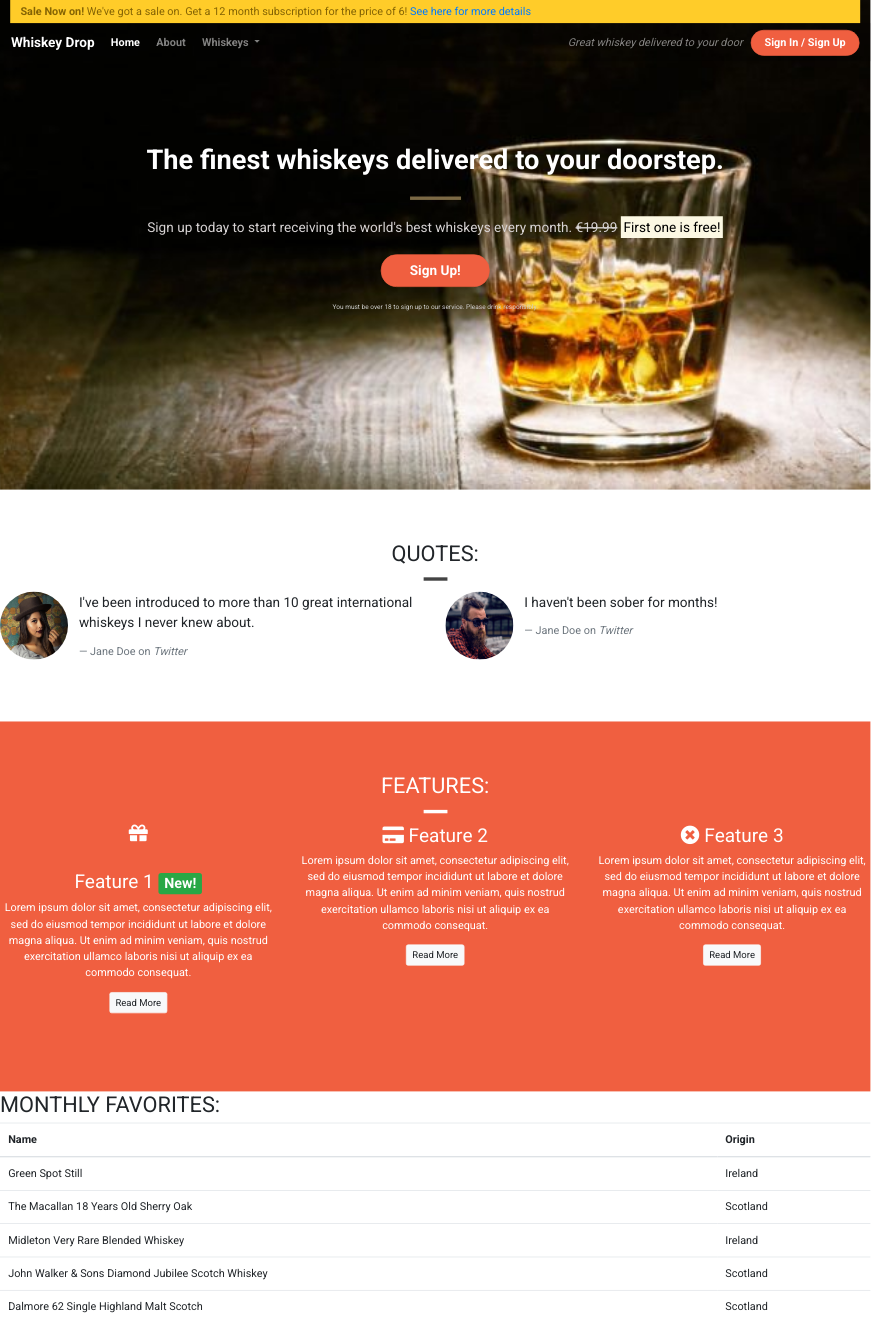
Repository: grisselfaura/BootstrappingYourNextBigIdea-BS4
Page: index.html
The author's editor kept a record of every edit. The page is drawn from the files as they stood at one moment, then again after the next edit.
The browser window is 1280 px wide. The page is 1295 px wide, so the pictures cover 1295 px, including what lies to the right of the window. The pictures show the whole page, at 68% of full size.
Backgrounds fixed to the window are drawn as part of the page. Some web libraries are served in a nearby version.

Above is the page before.

### index.html
<!DOCTYPE html>
<html lang="en-us">

<head>
    <meta charset="utf-8">
    <meta name="viewport" content="width=device-width, initial-scale=1.0">
    <title>Whiskey Drop | Taste a new whiskey every month</title>
    <link rel="stylesheet" href="https://maxcdn.bootstrapcdn.com/bootstrap/4.1.3/css/bootstrap.min.css">
    <link rel="stylesheet" href="https://use.fontawesome.com/releases/v5.6.1/css/all.css" integrity="sha384-gfdkjb5BdAXd+lj+gudLWI+BXq4IuLW5IT+brZEZsLFm++aCMlF1V92rMkPaX4PP" crossorigin="anonymous">
    <link href="https://fonts.googleapis.com/css?family=Roboto:400,700&display=swap" rel="stylesheet">
    <link rel="stylesheet" href="css/style.css" type="text/css" />
</head>

<body>
    <div class="container-fluid navalert-container">
        <div class="container-fluid alert-container">
            <div class="row d-none d-sm-block">
                <div class="col-12">
                    <div class="site-wide-alert alert-warning">
                        <strong>Sale Now on!</strong> We've got a sale on. Get a 12 month subscription for the price of 6! <a href="">See here for more details</a>
                    </div>
                </div>
            </div>
        </div>
        <nav class="navbar navbar-dark navbar-expand-sm">
            <a href="/" class="navbar-brand">Whiskey Drop</a>

            <button class="navbar-toggler ml-auto" type="button" data-toggle="collapse" data-target="#navbarNavDropdown" aria-controls="navbarNavDropdown" aria-expanded="false" aria-label="Toggle navigation">
            <span class="navbar-toggler-icon"></span></button>

            <div class="collapse navbar-collapse" id="navbarNavDropdown">
                <ul class="navbar-nav mr-auto">
                    <li class="active nav-item mr-2"><a class="nav-link" href="/">Home</a></li>
                    <li class="nav-item mr-2"><a class="nav-link" href="">About</a></li>
                    <li class="nav-item dropdown">
                        <a class="nav-link dropdown-toggle" href="#" id="navbarDropdownMenuLink" role="button" data-toggle="dropdown" aria-haspopup="true" aria-expanded="false">
                  Whiskeys
            </a>
                        <div class="dropdown-menu" aria-labelledby="navbarDropdownMenuLink">
                            <a class="dropdown-item" href="#">Irish</a>
                            <a class="dropdown-item" href="#">Scotch</a>
                            <a class="dropdown-item" href="#">Japanese</a>
                            <a class="dropdown-item" href="#">American</a>
                        </div>
                    </li>

                    <li class="nav-item mr-2 d-block d-sm-none"><a class="nav-link" href="">Sign In / Sign Up</a></li>
                </ul>
            </div>
            <div class="d-none d-md-block">
                <p class="navbar-text my-auto mr-2"><i>Great whiskey delivered to your door</i></p>
                <a href="/login" class="btn btn--cta btn--red">Sign In / Sign Up</a>
            </div>
            <!--</div>-->
        </nav>
    </div>
    <!-- Callout -->
    <div class="container-fluid callout-container">
        <div class="opaque-overlay">&nbsp;</div>
        <div class="row">
            <div class="col-12">
                <section class="callout jumbotron text-center">
                    <h1 class="jumbotron-header">The finest whiskeys delivered to your doorstep.</h1>
                    <hr class="block-divider block-divider--orange">

                    <p class="lead">Sign up today to start receiving the world's best whiskeys every month.
                        <s class="d-none d-sm-inline">€19.99</s>
                        <span class="d-inline d-sm-none"><br></span>
                        <strong><mark>First one is free!</mark></strong></p>
                    <p><button class="btn btn-lg btn--cta btn--red" data-toggle="modal" data-target="#signUpModal">Sign Up!</button></p>
                    <p class="text-muted"><small>You must be over 18 to sign up to our service. Please drink responsibly.</small></p>
                </section>
            </div>
        </div>
    </div>
    <!-- /.callout -->

    <!-- Quotes -->
    <div class="container-wrapper">
        <div class="cointainer quotes-container content-container">
            <section class="quotes">
                <div class="row">
                    <div class="col-12 page-header">
                        <h2 class="text-uppercase">Quotes:</h2>
                        <hr class="block-divider block-divider--short">
                    </div>
                </div>
                <div class="row">
                    <div class="col-12 col-md-6">
                        <div class="media">
                            <div class="d-none d-sm-block">
                                <img src="images/girl-image.png" class="rounded-circle mr-3" height=100 width=100>
                            </div>
                            <div class="media-body">
                                <blockquote class="blockquote">
                                    <p>I've been introduced to more than 10 great international whiskeys I never knew about.</p>
                                    <footer class="blockquote-footer">Jane Doe on <cite title="Twitter">Twitter</cite></footer>
                                </blockquote>
                            </div>
                        </div>
                    </div>
                    <div class="col-12 col-md-6">
                        <div class="media">
                            <div class="d-none d-sm-block">
                                <img src="images/guy-image.png" class="rounded-circle mr-3" height=100 width=100>
                            </div>
                            <div class="media-body">
                                <blockquote class="blockquote">
                                    <p>I haven't been sober for months!</p>
                                    <footer class="blockquote-footer">Jane Doe on <cite title="Twitter">Twitter</cite></footer>
                                </blockquote>
                            </div>
                        </div>
                    </div>
                </div>
            </section>
            <!-- /.quotes -->
        </div>
    </div>
    <!-- Features -->
    <div class="container-wrapper container-wrapper--red">
        <div class="cointainer features-container content-container">
            <section class="features">
                <div class="row">
                    <div class="col-12 page-header">
                        <h2 class="text-uppercase">Features:</h2>
                        <hr class="block-divider block-divider--short block-divider--white">
                    </div>
                </div>
                <div class="row">
                    <div class="col-12 col-md-6 col-lg-4">
                        <div class="feature">
                            <h3><i class="fas fa-gift d-none d-sm-block"></i> Feature 1 <span class="badge badge-success">New!</span></h3>
                            <p>Lorem ipsum dolor sit amet, consectetur adipiscing elit, sed do eiusmod tempor incididunt ut labore et dolore magna aliqua. Ut enim ad minim veniam, quis nostrud exercitation ullamco laboris nisi ut aliquip ex ea commodo consequat.</p>
                            <p><a class="btn btn-sm btn-light" href="">Read More</a></p>
                        </div>
                    </div>
                    <div class="col-12 col-md-6 col-lg-4">
                        <div class="feature">
                            <h3><i class="fas fa-credit-card d-none d-sm-inline"></i> Feature 2</h3>
                            <p>Lorem ipsum dolor sit amet, consectetur adipiscing elit, sed do eiusmod tempor incididunt ut labore et dolore magna aliqua. Ut enim ad minim veniam, quis nostrud exercitation ullamco laboris nisi ut aliquip ex ea commodo consequat.</p>
                            <p><a class="btn btn-sm btn-light" href="">Read More</a></p>
                        </div>
                    </div>
                    <div class="col-12 d-md-none d-lg-block col-lg-4">
                        <div class="feature">
                            <h3><i class="fas fa-times-circle d-none d-sm-inline"></i> Feature 3</h3>
                            <p>Lorem ipsum dolor sit amet, consectetur adipiscing elit, sed do eiusmod tempor incididunt ut labore et dolore magna aliqua. Ut enim ad minim veniam, quis nostrud exercitation ullamco laboris nisi ut aliquip ex ea commodo consequat.</p>
                            <p><a class="btn btn-sm btn-light" href="">Read More</a></p>
                        </div>
                    </div>
                </div>
            </section>
            <!-- /.features -->
        </div>
    </div>

    <section class="Monthly favorites">
        <h2 class="text-uppercase">Monthly favorites:</h2>
        <table class="table">
            <thead>
                <tr>
                    <th scope="col">Name</th>
                    <th scope="col">Origin</th>
                </tr>
            </thead>
            <tbody>
                <tr>
                    <td>Green Spot Still</td>
                    <td>Ireland</td>
                </tr>
                <tr>
                    <td>The Macallan 18 Years Old Sherry Oak</td>
                    <td>Scotland</td>
                </tr>
                <tr>
                    <td>Midleton Very Rare Blended Whiskey</td>
                    <td>Ireland</td>
                </tr>
                <tr>
                    <td>John Walker & Sons Diamond Jubilee Scotch Whiskey</td>
                    <td>Scotland</td>
                </tr>
                <tr>
                    <td>Dalmore 62 Single Highland Malt Scotch</td>
                    <td>Scotland</td>
                </tr>
            </tbody>
        </table>
    </section>
    </div>

    <div class="modal" tabindex="-1" role="dialog" id="signUpModal">
        <div class="modal-dialog" role="document">
            <div class="modal-content">
                <div class="modal-header">
                    <h5 class="modal-title">Sign Up To Whiskey Drop!</h5>
                    <button type="button" class="close" data-dismiss="modal" aria-label="Close">
          <span aria-hidden="true">&times;</span>
        </button>
                </div>
                <div class="modal-body">
                    <form>
                        <div class="form-group">
                            <label for="exampleInputEmail1">Email address</label>
                            <input type="email" class="form-control" id="exampleInputEmail1" aria-describedby="emailHelp" placeholder="Enter email">
                            <small id="emailHelp" class="form-text text-muted">We'll never share your email with anyone else.</small>
                        </div>
                        <div class="form-group">
                            <label for="password">Password</label>
                            <input type="password" class="form-control" id="password" placeholder="Password">
                        </div>
                        <div class="form-group">
                            <label for="repeatPassword">Repeat Password</label>
                            <input type="password" class="form-control" id="repeatPassword" placeholder="Repeat Password">
                        </div>
                        <button type="submit" class="btn btn-success">Submit</button>
                    </form>
                </div>
            </div>
        </div>
    </div>

    <script src="https://code.jquery.com/jquery-3.3.1.slim.min.js" integrity="sha384-q8i/X+965DzO0rT7abK41JStQIAqVgRVzpbzo5smXKp4YfRvH+8abtTE1Pi6jizo" crossorigin="anonymous"></script>
    <script src="https://cdnjs.cloudflare.com/ajax/libs/popper.js/1.14.3/umd/popper.min.js" integrity="sha384-ZMP7rVo3mIykV+2+9J3UJ46jBk0WLaUAdn689aCwoqbBJiSnjAK/l8WvCWPIPm49" crossorigin="anonymous"></script>
    <script src="https://stackpath.bootstrapcdn.com/bootstrap/4.1.3/js/bootstrap.min.js" integrity="sha384-ChfqqxuZUCnJSK3+MXmPNIyE6ZbWh2IMqE241rYiqJxyMiZ6OW/JmZQ5stwEULTy" crossorigin="anonymous"></script>
</body>

</html>

### css/style.css
body {
    font-family: 'Roboto', sans-serif;
}

.container-wrapper {}

.container-wrapper--red {
    background-color: #f05f40;
    color: white;
}

.alert-container .col-12{
    padding-left: 0
    padding-right:0;
}

.site-wide-alert {
    border-radius: 0;
    margin-bottom: 0;
    padding: 5px 15px;
    background-color: #ffcc29;
    border-color: #ffcc29;
}

.callout-container {
    height:100vh;
    background: url("../images/Whiskey-background.jpg") no-repeat bottom right fixed;
      -webkit-background-size: cover;
      -moz-background-size: cover;
      -o-background-size: cover;
      background-size: cover;
      display: flex;
      align-items: center;
      justify-content: center;
      position: relative;
}

.opaque-overlay {
    position: absolute;
    top: 0;
    left: 0;
    height: 100%;
    width: 100%
    background-color: rgba(0,0,0,0.5);
}
.quotes-container {}

.features-container {}

/*Page headers*/

.page-header {
    margin bottom: 0;
    border bottom: 0;
    text-align: center;
}

.page-header h2 {
    margin top: 0;
}

/*Block-dividers*/

.block-divider {
    width: 75px;
    height: 5px;
    border: 0;
    background-color: #444;
}

.block-divider--orange {
    background-color: #7c6945;
}

.block-divider--white {
    background-color: white
}

.block-divider--short {
    width: 35px;
}

/*Content containers*/

.content-container {
    padding-top: 75px;
    padding-bottom: 75px;
}

/*Navbar*/

.navalert-container {
    position: absolute;
    top: 0;
    left: 0;
    padding-left: 0;
    padding-right: 0;
    z-index: 1;
}

.navbar {
    margin-bottom: 0;
    border: 0;
    width: 100%;
    background-color: rgba(0,0,0,0.25);
}

.navbar .navbar-toggler {
    border:0;
}

.navbar-brand {
    font-weight: bold;
}

.navbar .navbar-nav a {
    font-weight: bold;
}
/*Jumbotron*/
.jumbotron {
    background-color: transparent;
}

.jumbotron-header {
    color: white;
    font-weight: bold;
    margin-bottom: 30px;
}

.jumbotron .lead {
    margin: 25px;
    color: #d7d3d3;
}

.jumbotron small {
    font-size: 60%;
    font-size: italic;
    color: #d0d0d0;
}

/*Buttons*/
.btn--cta {
    font-weight: bold;
    border-radius: 23px;
    width: 160px;
}

.btn--red {
    color: white;
    background-color: #f05f40;
    border-color:#f05f40;
}

.btn-red:hover,
.btn--red:active,
.btn--red:focus,
.btn--red:active:hover {
    background-color: #c38f84;
    border-color: #c38f84;
}

.feature {
    text-align: center;
    margin-bottom : 40px;
}

.feature i {
    text-align: center;
    margin-bottom : 40px;
}

After the next edit:
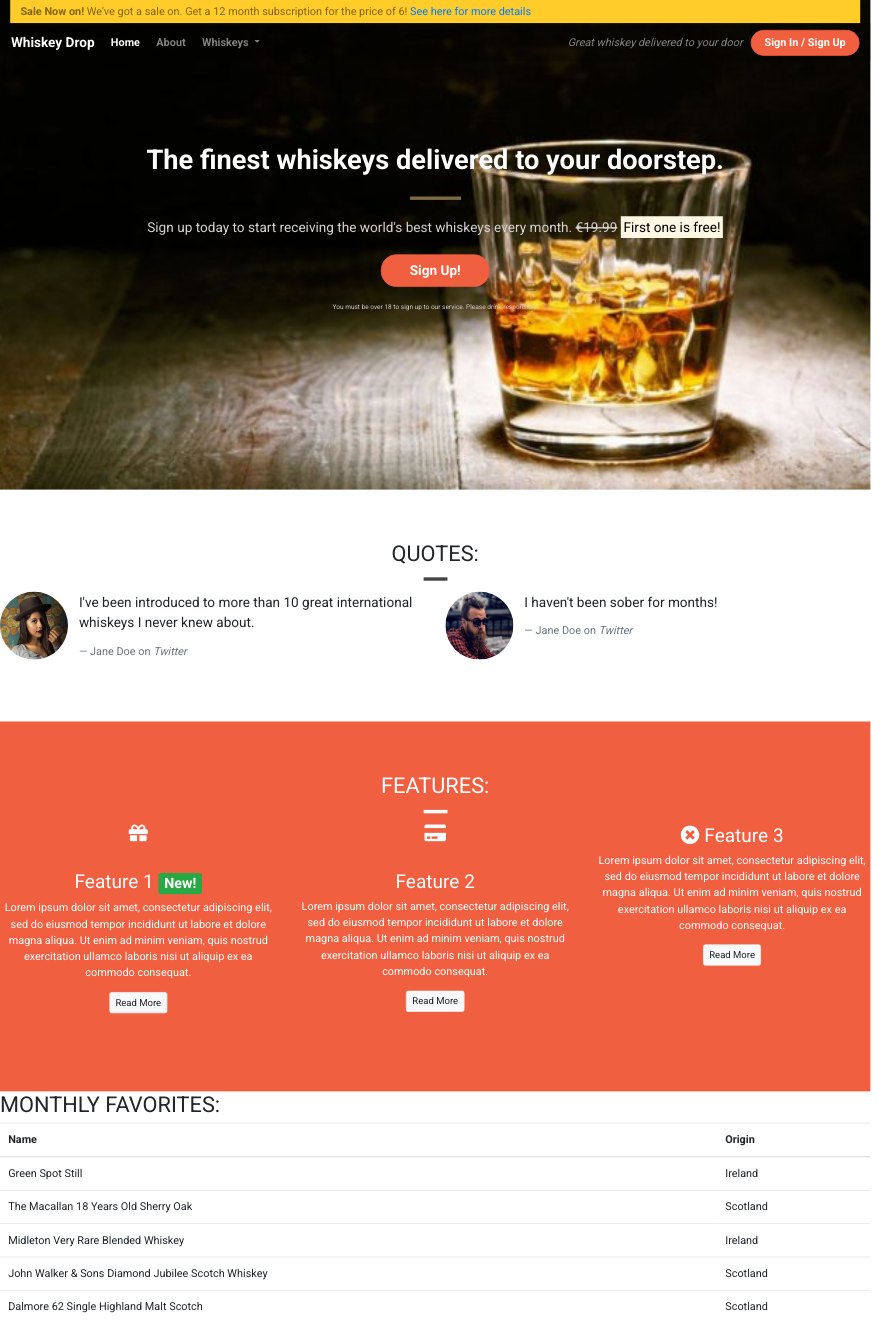
The edit:
--- a/index.html
+++ b/index.html
@@ -137,7 +137,7 @@
                     </div>
                     <div class="col-12 col-md-6 col-lg-4">
                         <div class="feature">
-                            <h3><i class="fas fa-credit-card d-none d-sm-inline"></i> Feature 2</h3>
+                            <h3><i class="fas fa-credit-card d-none d-sm-block"></i> Feature 2</h3>
                             <p>Lorem ipsum dolor sit amet, consectetur adipiscing elit, sed do eiusmod tempor incididunt ut labore et dolore magna aliqua. Ut enim ad minim veniam, quis nostrud exercitation ullamco laboris nisi ut aliquip ex ea commodo consequat.</p>
                             <p><a class="btn btn-sm btn-light" href="">Read More</a></p>
                         </div>
